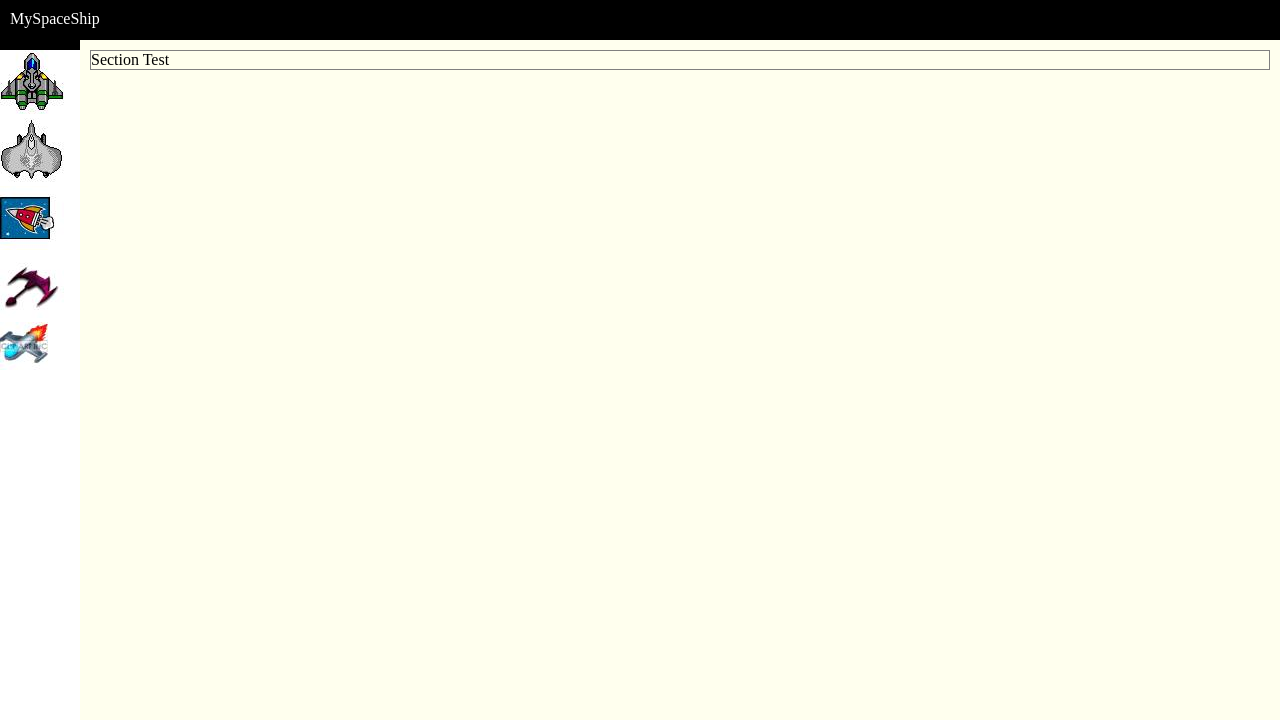
Repository: eudesf/MySpaceShip
Page: MySpaceShip/WebContent/index.html
These files come from the project's save history. The page is drawn as it stood at one moment and after the next save; the edit follows.
The browser window is 1280 px wide. The pictures show the whole page.

Above is the page before, as saved 2012-03-15 20:28:12.

After the next save:
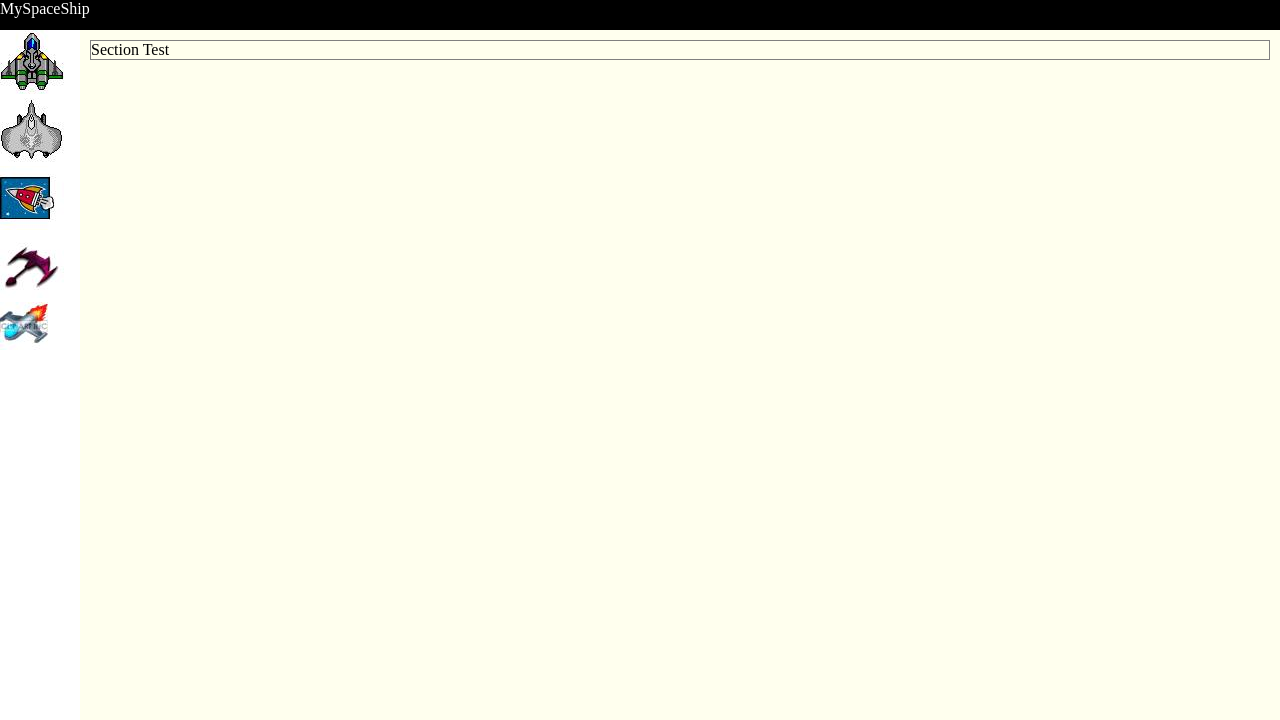
Saved 8 s later.
--- a/MySpaceShip/WebContent/index.html
+++ b/MySpaceShip/WebContent/index.html
@@ -9,7 +9,6 @@
 			header {
 				background: #000;
 				color: #fff;
-				padding: 10px;
 				height: 30px
 			}
 
@@ -26,7 +25,7 @@
 				position: absolute;
 				left: 80px;
 				right: 0px;
-				top: 40px;
+				top: 30px;
 				bottom: 0px;
 				background: #FFE;
 			}
